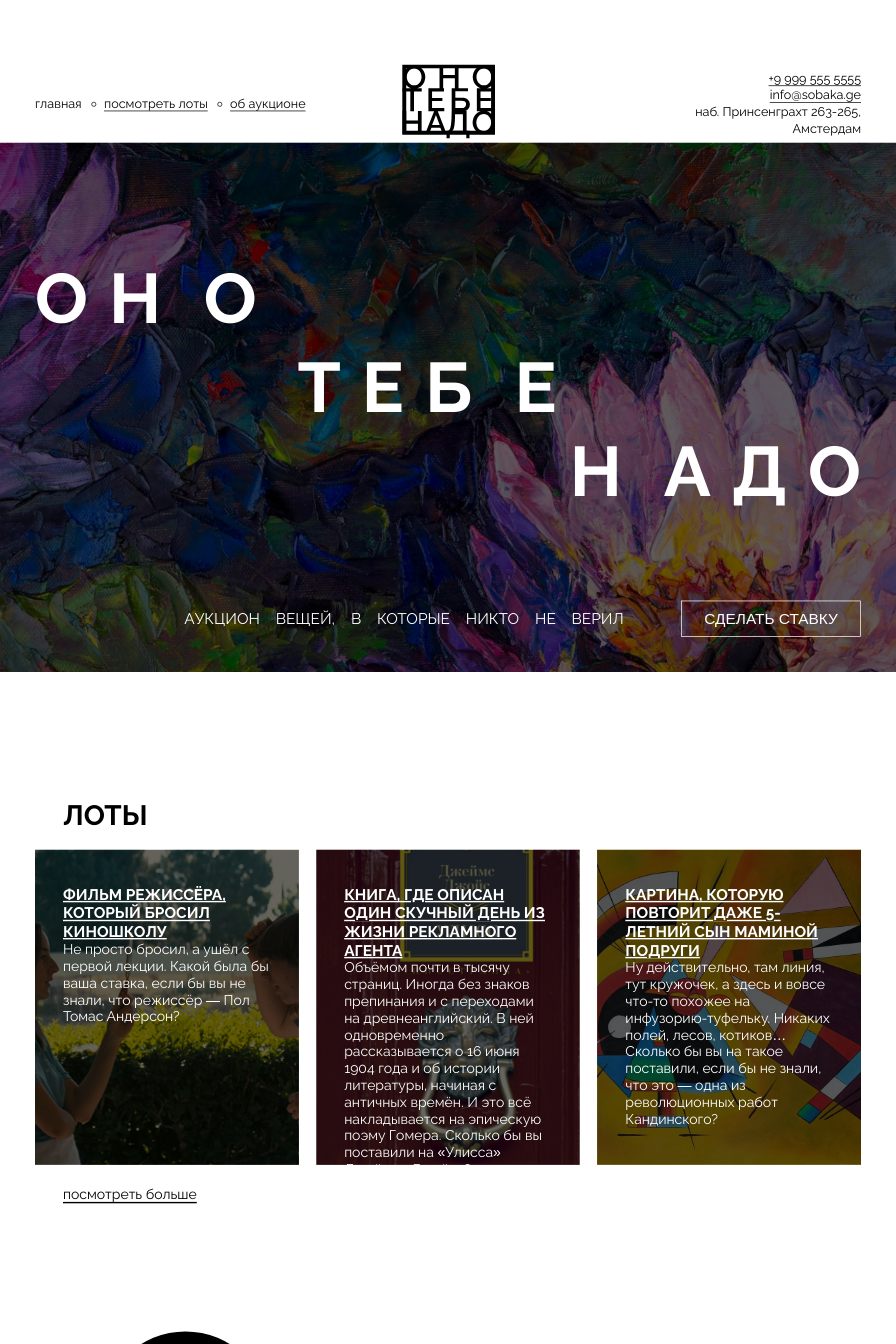
Repository: Hadoooouken/ono-tebe-nado
Page: index.html
The author's editor kept a copy of each file at every save. The page is drawn from the files as they stood at one save, then again after the next save.
The browser window is 1280 px wide. The pictures show the part of the page from y = 0 to 1920 px (the page is 2687 px tall), at 70% of full size.

Above is the page before, as saved 2023-11-28 22:59:56.

After the next save:
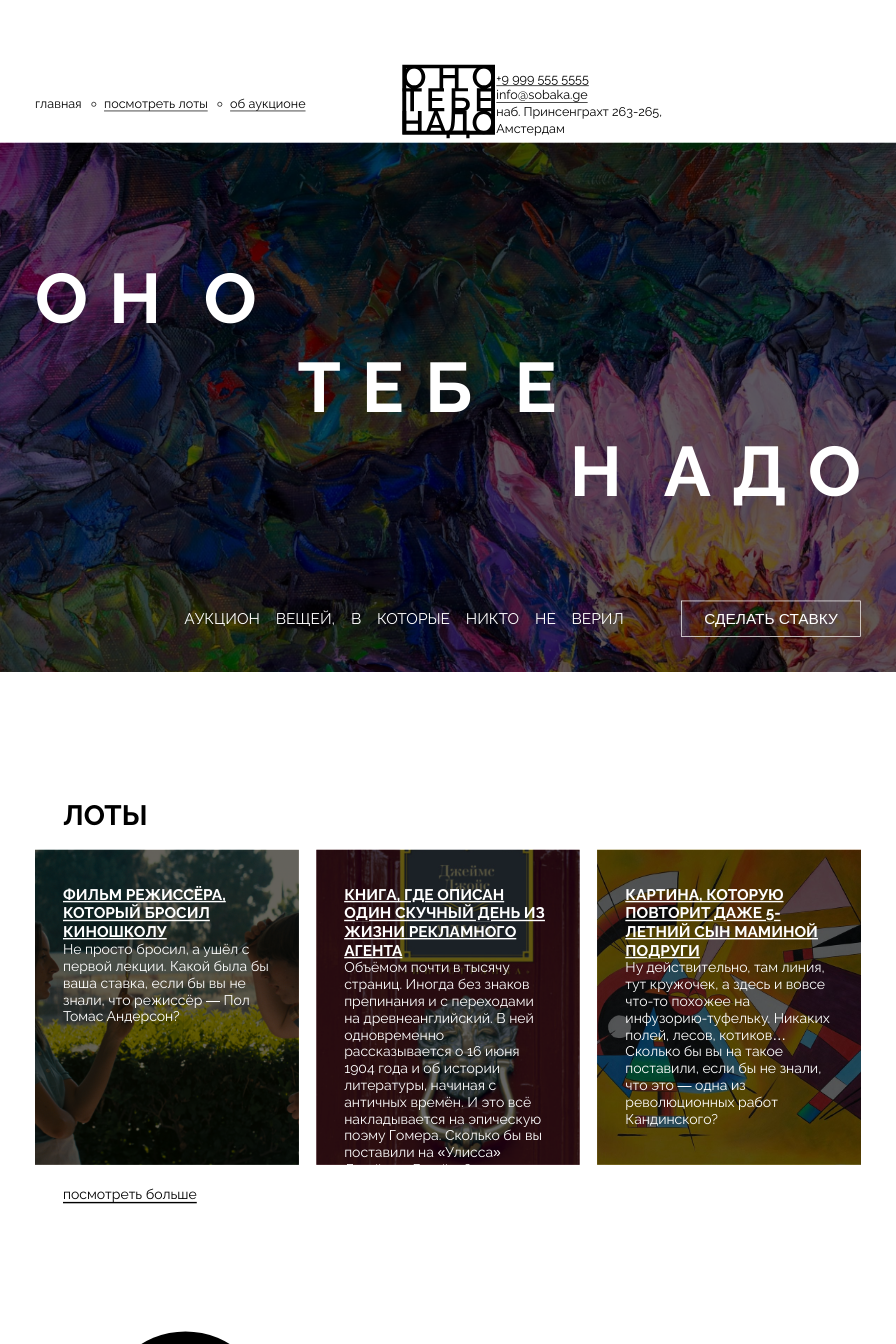
Saved 21 s later.
--- a/styles/style.css
+++ b/styles/style.css
@@ -11,7 +11,7 @@
 
 
 .address {
-  text-align: right;
+
 
 }
 
